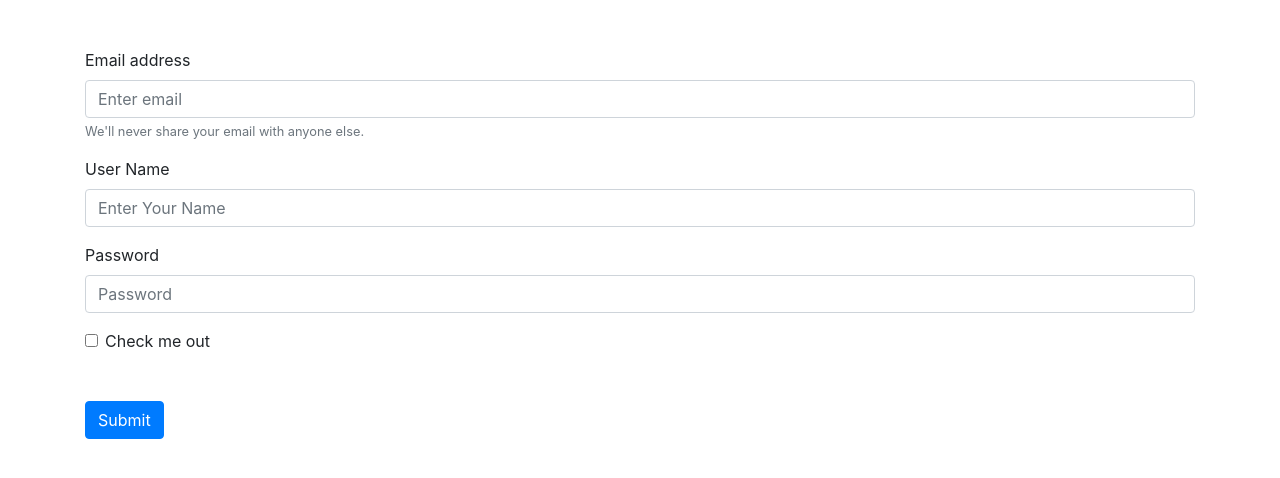
Repository: wanderwisecoder/spring_framework_learnings
Page: http://localhost/SpringMVC/contact
The author's editor kept a copy of each file at every save. The page is drawn from the files as they stood at one save, then again after the next save.
The browser window is 1280 px wide. The pictures show the whole page.
Some web libraries are served in a nearby version. The page is served by Tomcat 9. Other server files are loaded and not shown.

Above is the page before, as saved 2023-12-19 08:52:24.

### SpringMVC/src/main/webapp/WEB-INF/spring-servlet.xml
<?xml version="1.0" encoding="UTF-8"?>
<beans xmlns="http://www.springframework.org/schema/beans"
	xmlns:xsi="http://www.w3.org/2001/XMLSchema-instance"
	xmlns:context="http://www.springframework.org/schema/context"
	xmlns:p="http://www.springframework.org/schema/p"
	xsi:schemaLocation="http://www.springframework.org/schema/beans
  https://www.springframework.org/schema/beans/spring-beans.xsd
  http://www.springframework.org/schema/context
  http://www.springframework.org/schema/context/spring-context.xsd">

<context:component-scan base-package="springmvc.controller"/>

	<bean
		class="org.springframework.web.servlet.view.InternalResourceViewResolver"
		name="viewResolver">

		<property name="prefix" value="/WEB-INF/views/"></property>

		<property name="suffix" value=".jsp"></property>
	</bean>


	<!-- more bean definitions go here -->
</beans>

### SpringMVC/src/main/webapp/WEB-INF/views/contact.jsp
<!doctype html>
<html lang="en">
<head>
<!-- Required meta tags -->
<meta charset="utf-8">
<meta name="viewport"
	content="width=device-width, initial-scale=1, shrink-to-fit=no">

<!-- Bootstrap CSS -->
<link rel="stylesheet"
	href="https://cdn.jsdelivr.net/npm/bootstrap@4.0.0/dist/css/bootstrap.min.css"
	integrity="sha384-Gn5384xqQ1aoWXA+058RXPxPg6fy4IWvTNh0E263XmFcJlSAwiGgFAW/dAiS6JXm"
	crossorigin="anonymous">

<title>Hello, world!</title>
</head>
<body>
	<div class="container  mt-5">
		<form>
			<div class="form-group">
				<label for="exampleInputEmail1">Email address</label> <input
					type="email" class="form-control" id="exampleInputEmail1"
					aria-describedby="emailHelp" placeholder="Enter email"> <small
					id="emailHelp" class="form-text text-muted">We'll never
					share your email with anyone else.</small>
			</div>
			<div class="form-group">
				<label for="userName">User Name</label> <input type="text"
					class="form-control" id="userName" aria-describedby="emailHelp"
					placeholder="Enter Your Name">
			</div>
			<div class="form-group">
				<label for="exampleInputPassword1">Password</label> <input
					type="password" class="form-control" id="exampleInputPassword1"
					placeholder="Password">
			</div>
			<div class="form-check">
				<input type="checkbox" class="form-check-input" id="exampleCheck1">
				<label class="form-check-label" for="exampleCheck1">Check me
					out</label>
			</div>
			<div class="container  mt-5 text-center"></div>
			<button type="submit" class="btn btn-primary">Submit</button>
		</form>
	</div>

	<!-- Optional JavaScript -->
	<!-- jQuery first, then Popper.js, then Bootstrap JS -->
	<script src="https://code.jquery.com/jquery-3.2.1.slim.min.js"
		integrity="sha384-KJ3o2DKtIkvYIK3UENzmM7KCkRr/rE9/Qpg6aAZGJwFDMVNA/GpGFF93hXpG5KkN"
		crossorigin="anonymous"></script>
	<script
		src="https://cdn.jsdelivr.net/npm/popper.js@1.12.9/dist/umd/popper.min.js"
		integrity="sha384-ApNbgh9B+Y1QKtv3Rn7W3mgPxhU9K/ScQsAP7hUibX39j7fakFPskvXusvfa0b4Q"
		crossorigin="anonymous"></script>
	<script
		src="https://cdn.jsdelivr.net/npm/bootstrap@4.0.0/dist/js/bootstrap.min.js"
		integrity="sha384-JZR6Spejh4U02d8jOt6vLEHfe/JQGiRRSQQxSfFWpi1MquVdAyjUar5+76PVCmYl"
		crossorigin="anonymous"></script>
</body>
</html>

### SpringMVC/src/main/java/springmvc/controller/ContactController.java
package springmvc.controller;

import org.springframework.stereotype.Controller;
import org.springframework.web.bind.annotation.RequestMapping;

@Controller
public class ContactController {
	@RequestMapping("/contact")
	public String showForm() {

		return "contact";

	}
}

### SpringMVC/src/main/java/springmvc/controller/HomeController.java
package springmvc.controller;

import java.time.LocalDateTime;
import java.util.ArrayList;
import java.util.List;

import org.springframework.stereotype.Controller;
import org.springframework.ui.Model;
import org.springframework.web.bind.annotation.RequestMapping;
import org.springframework.web.servlet.ModelAndView;

@Controller
public class HomeController {

	@RequestMapping("/home")
	public String home(Model model) {
		model.addAttribute("age", 54);
		System.out.println("This is home controller/url.!");
		model.addAttribute("name", "Roshan");

		model.addAttribute("id", 1234);
		return "index";
	}

	@RequestMapping("/about")
	public String about() {
		System.out.println("This is about controller/url.!");
		return "about";
	}


	//services
	//help
	@RequestMapping("/help")
	public ModelAndView help() {
		System.out.println("This is help controller/url.!");

		//creating ModelAndView object
		ModelAndView modelAndView =  new ModelAndView();

		//setting the data
		modelAndView.addObject("name","Uttam");
		modelAndView.addObject("rollNumber",11222);

		LocalDateTime now = LocalDateTime.now();
		modelAndView.addObject("time", now);

		//List Object
		List<Integer> list = new ArrayList<Integer>();
		list.add(34);
		list.add(87);
		list.add(92);
		list.add(67);
		list.add(45);

		modelAndView.addObject("marks",list);

		//setting the view name
		modelAndView.setViewName("help");


		return modelAndView;
	}

}

After the next save:
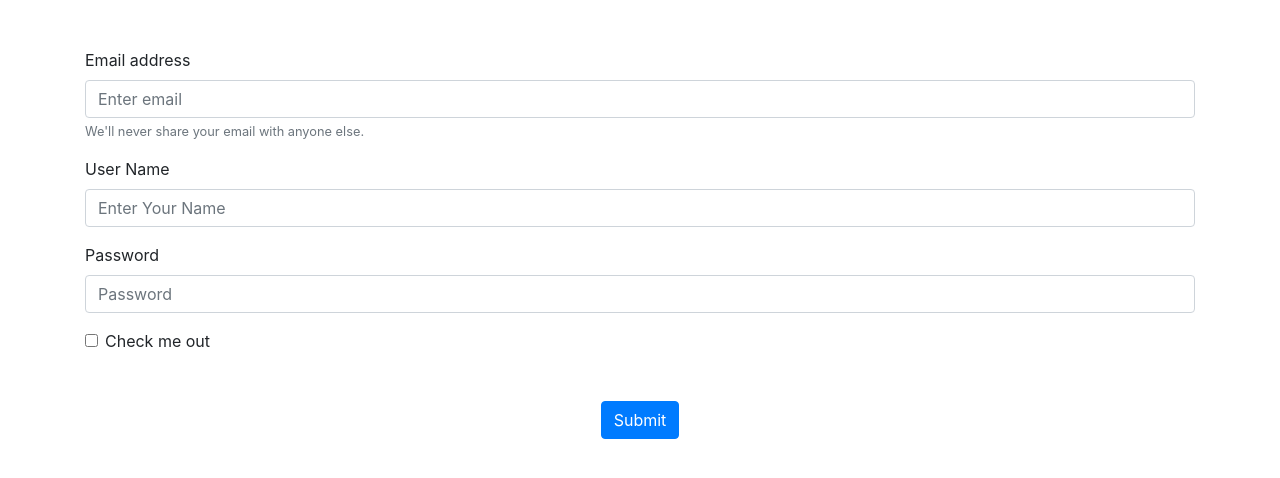
Saved 4 s later.
--- a/SpringMVC/src/main/webapp/WEB-INF/views/contact.jsp
+++ b/SpringMVC/src/main/webapp/WEB-INF/views/contact.jsp
@@ -39,7 +39,7 @@
 				<label class="form-check-label" for="exampleCheck1">Check me
 					out</label>
 			</div>
-			<div class="container  mt-5 text-center"></div>
+			<div class="container  mt-5 text-center">
 			<button type="submit" class="btn btn-primary">Submit</button>
 		</form>
 	</div>
